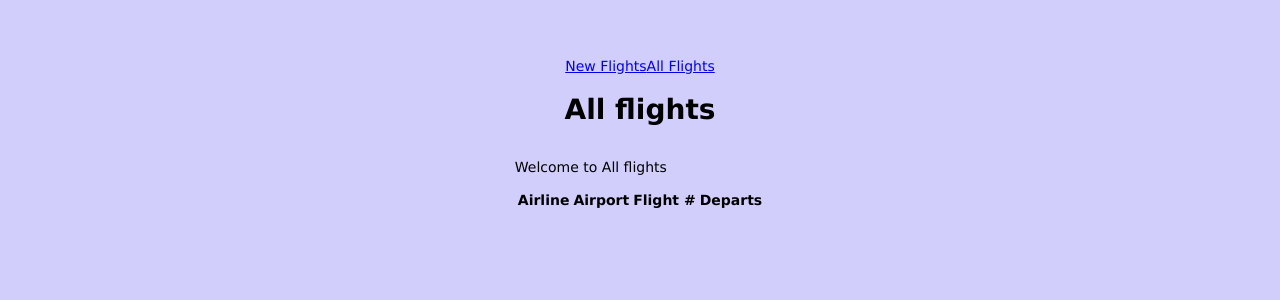
Repository: jmendoza13/mongoose-flights
Page: http://localhost/flights
These files come from the project's save history. The page is drawn as it stood at one moment and after the next save; the edit follows.
The browser window is 1280 px wide. The pictures show the whole page.
The page is served by the project's Node server (server.js). Queries for data that is not in the repository find no rows.

Above is the page before, as saved 2022-07-18 16:04:12.

After the next save:
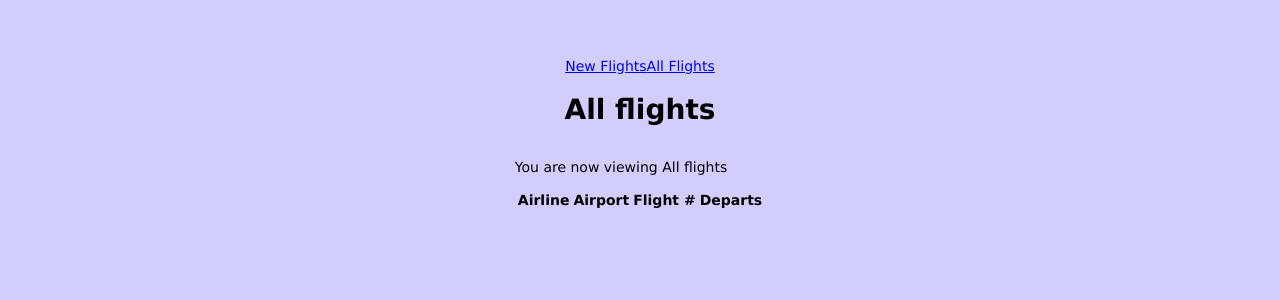
Saved 55 s later.
--- a/views/flights/index.ejs
+++ b/views/flights/index.ejs
@@ -3,7 +3,7 @@
       <%= title %>
    </h1>
    <p>
-      Welcome to <%= title %>
+      You are now viewing <%= title %>
    </p>
    <table>
       <tr>
